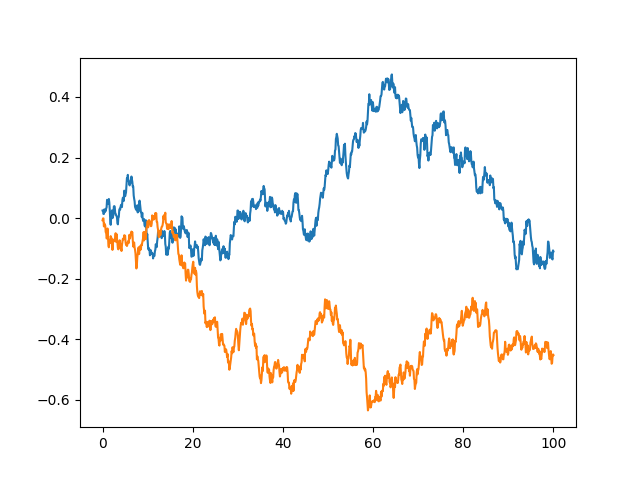
Repository: shenwuyue-xie/webots_testrobots
Script's output: python controllers/robot/noise_generator.py
The author's editor kept a copy of each file at every save. The script's output is drawn from the files as they stood at one save, then again after the next save.
Random numbers start from a fixed seed.

Above is the script's output before, as saved 2020-12-14 21:04:52.

After the next save:
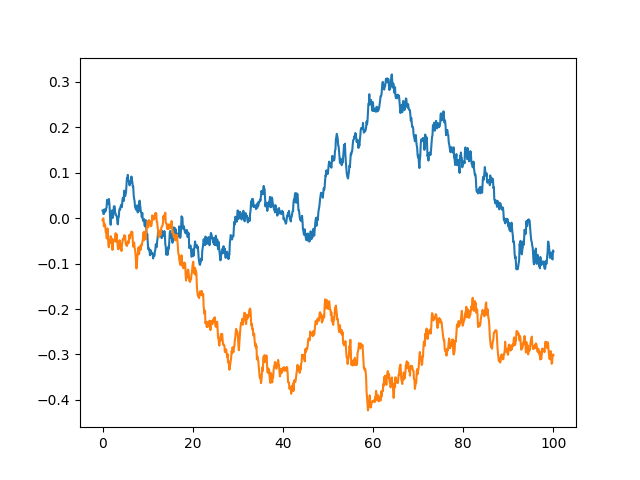
Saved 4 s later.
--- a/controllers/robot/noise_generator.py
+++ b/controllers/robot/noise_generator.py
@@ -2,7 +2,7 @@ import numpy as np
 import matplotlib.pyplot as plt
 
 class OUActionNoise(object):
-    def __init__(self, mu, sigma=0.15, theta=0.2, dt=1e-2, x0=None):
+    def __init__(self, mu, sigma=0.1, theta=0.2, dt=1e-2, x0=None):
         self.mu = mu
         self.sigma = sigma
         self.theta = theta
